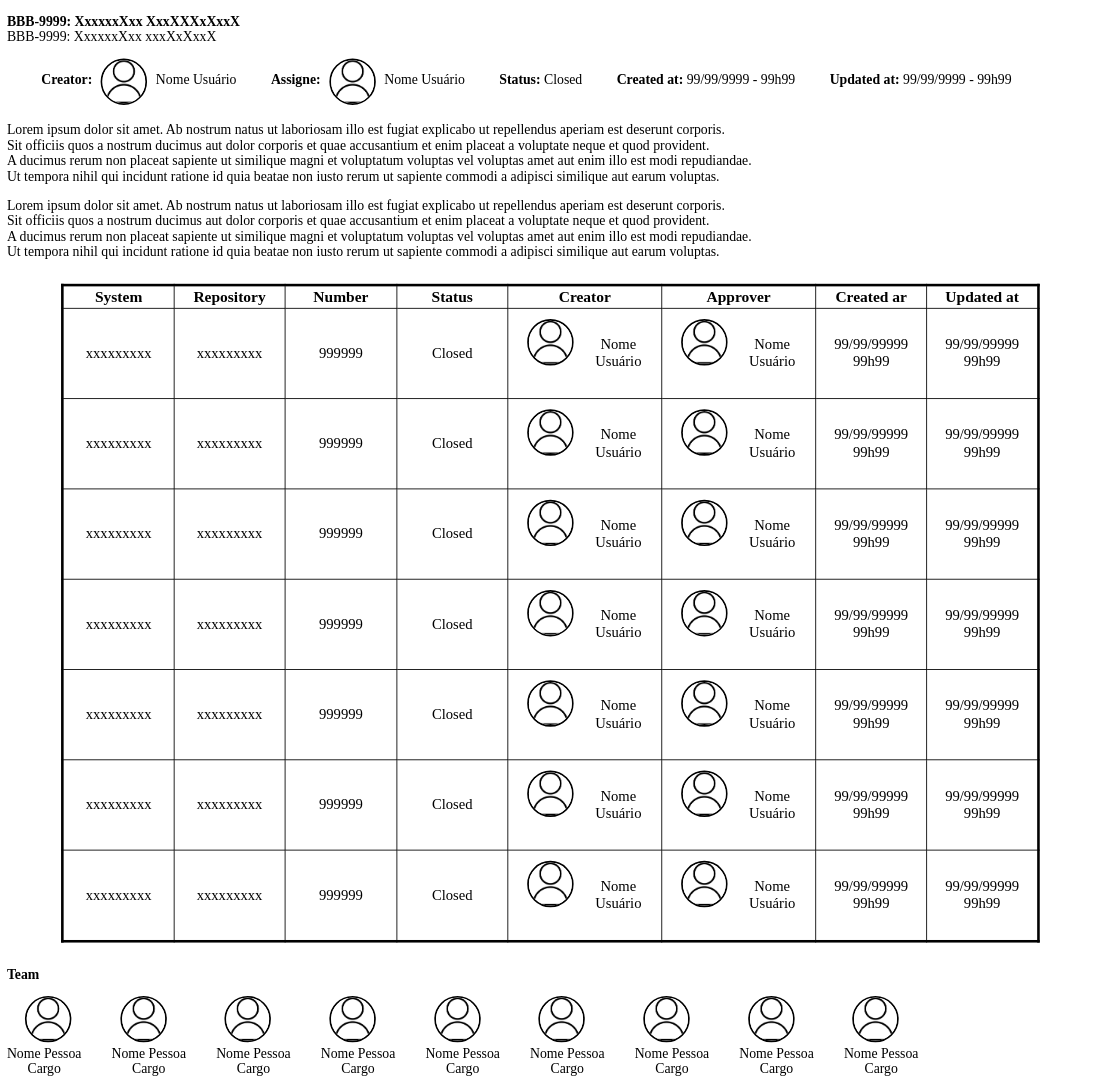
Repository: AnaBerlanda/PaginaFer
Page: index.html
An editor plug-in stored every save of this project. The page is shown before and after the next save, followed by the edit.
The browser window is 1280 px wide. The pictures show the whole page, at 86% of full size.

Above is the page before, as saved 2022-05-23 22:08:26.

### index.html
<!DOCTYPE html>
<html lang="en">
<head>
    <meta charset="UTF-8">
    <meta http-equiv="X-UA-Compatible" content="IE=edge">
    <meta name="viewport" content="width=device-width, initial-scale=1.0">
    <link type="text/css" rel="stylesheet" href="index.css">
    <title>Release</title>
</head>
<body>
    <p>
        <strong>BBB-9999: XxxxxxXxx XxxXXXxXxxX</strong><br>
        BBB-9999: XxxxxxXxx xxxXxXxxX
    </p>
    <div class="container">
        <div class="textos">
        <p class="sub-titulos"><strong>Creator:</strong></p>
        </div>
        <div class="imagem">
            <img src="imagem/Icone-usuario-Png-1024x1024.png">
        </div>
        <div class="nome-usuario">
            <p>Nome Usuário</p>
        </div>
        <div class="textos">
            <p class="sub-titulos"><strong>Assigne:</strong></p>
        </div>
            <div class="imagem">
                <img src="imagem/Icone-usuario-Png-1024x1024.png">
            </div>
            <div class="nome-usuario">
                <p>Nome Usuário</p>
            </div>
        <div class="textos">
            <p class="sub-titulos"><strong>Status:</strong> Closed</p>
        </div>
        <div class="textos">
            <p class="sub-titulos"><strong>Created at:</strong> 99/99/9999 - 99h99</p>
        </div>
        <div class="textos">
            <p class="sub-titulos"><strong>Updated at:</strong> 99/99/9999 - 99h99</p>
        </div>
    </div>
    <p>
        Lorem ipsum dolor sit amet. Ab nostrum natus ut laboriosam illo est fugiat explicabo ut repellendus aperiam est deserunt corporis.<br> Sit officiis quos a nostrum ducimus aut dolor corporis et quae accusantium et enim placeat a voluptate neque et quod provident.<br> A ducimus rerum non placeat sapiente ut similique magni et voluptatum voluptas vel voluptas amet aut enim illo est modi repudiandae.<br> Ut tempora nihil qui incidunt ratione id quia beatae non iusto rerum ut sapiente commodi a adipisci similique aut earum voluptas.
    </p>
    <p>
        Lorem ipsum dolor sit amet. Ab nostrum natus ut laboriosam illo est fugiat explicabo ut repellendus aperiam est deserunt corporis.<br> Sit officiis quos a nostrum ducimus aut dolor corporis et quae accusantium et enim placeat a voluptate neque et quod provident.<br> A ducimus rerum non placeat sapiente ut similique magni et voluptatum voluptas vel voluptas amet aut enim illo est modi repudiandae.<br> Ut tempora nihil qui incidunt ratione id quia beatae non iusto rerum ut sapiente commodi a adipisci similique aut earum voluptas.
    </p>
    <table class="tabela">
        <tr>
            <th>System</th>
            <th>Repository</th>
            <th>Number</th>
            <th>Status</th>
            <th>Creator</th>
            <th>Approver</th>
            <th>Created ar</th>
            <th>Updated at</th>
        </tr>
        <tr>
            <td>xxxxxxxxx</td>
            <td>xxxxxxxxx</td>
            <td>999999</td>
            <td>Closed</td>
            <td>
                <div class="tabela-imagem">
                    <div class="imagem">
                    <img src="imagem/Icone-usuario-Png-1024x1024.png">
                    </div>
                <div class="textos">
                    <p class="nome">Nome Usuário</p>
                </div>
                </div>
            </td>
            <td>
                <div class="tabela-imagem">
                    <div class="imagem">
                    <img src="imagem/Icone-usuario-Png-1024x1024.png">
                    </div>
                <div class="textos">
                    <p class="nome">Nome Usuário</p>
                </div>
                </div>
            </td>
            <td>99/99/99999 99h99</td>
            <td>99/99/99999 99h99</td>
        </tr>
        <tr>
            <td>xxxxxxxxx</td>
            <td>xxxxxxxxx</td>
            <td>999999</td>
            <td>Closed</td>
            <td>
                <div class="tabela-imagem">
                    <div class="imagem">
                    <img src="imagem/Icone-usuario-Png-1024x1024.png">
                    </div>
                <div class="textos">
                    <p class="nome">Nome Usuário</p>
                </div>
                </div>
            </td>
            <td>
                <div class="tabela-imagem">
                    <div class="imagem">
                    <img src="imagem/Icone-usuario-Png-1024x1024.png">
                    </div>
                <div class="textos">
                    <p class="nome">Nome Usuário</p>
                </div>
                </div>
            </td>
            <td>99/99/99999 99h99</td>
            <td>99/99/99999 99h99</td>
        </tr>
        <tr>
            <td>xxxxxxxxx</td>
            <td>xxxxxxxxx</td>
            <td>999999</td>
            <td>Closed</td>
            <td>
                <div class="tabela-imagem">
                    <div class="imagem">
                    <img src="imagem/Icone-usuario-Png-1024x1024.png">
                    </div>
                <div class="textos">
                    <p class="nome">Nome Usuário</p>
                </div>
                </div>
            </td>
            <td>
                <div class="tabela-imagem">
                    <div class="imagem">
                    <img src="imagem/Icone-usuario-Png-1024x1024.png">
                    </div>
                <div class="textos">
                    <p class="nome">Nome Usuário</p>
                </div>
                </div>
            </td>
            <td>99/99/99999 99h99</td>
            <td>99/99/99999 99h99</td>
        </tr>
        <tr>
            <td>xxxxxxxxx</td>
            <td>xxxxxxxxx</td>
            <td>999999</td>
            <td>Closed</td>
            <td>
                <div class="tabela-imagem">
                    <div class="imagem">
                    <img src="imagem/Icone-usuario-Png-1024x1024.png">
                    </div>
                <div class="textos">
                    <p class="nome">Nome Usuário</p>
                </div>
                </div>
            </td>
            <td>
                <div class="tabela-imagem">
                    <div class="imagem">
                    <img src="imagem/Icone-usuario-Png-1024x1024.png">
                    </div>
                <div class="textos">
                    <p class="nome">Nome Usuário</p>
                </div>
                </div>
            </td>
            <td>99/99/99999 99h99</td>
            <td>99/99/99999 99h99</td>
        </tr>
        <tr>
            <td>xxxxxxxxx</td>
            <td>xxxxxxxxx</td>
            <td>999999</td>
            <td>Closed</td>
            <td>
                <div class="tabela-imagem">
                    <div class="imagem">
                    <img src="imagem/Icone-usuario-Png-1024x1024.png">
                    </div>
                <div class="textos">
                    <p class="nome">Nome Usuário</p>
                </div>
                </div>
            </td>
            <td>
                <div class="tabela-imagem">
                    <div class="imagem">
                    <img src="imagem/Icone-usuario-Png-1024x1024.png">
                    </div>
                <div class="textos">
                    <p class="nome">Nome Usuário</p>
                </div>
                </div>
            </td>
            <td>99/99/99999 99h99</td>
            <td>99/99/99999 99h99</td>
        </tr>
        <tr>
            <td>xxxxxxxxx</td>
            <td>xxxxxxxxx</td>
            <td>999999</td>
            <td>Closed</td>
            <td>
                <div class="tabela-imagem">
                    <div class="imagem">
                    <img src="imagem/Icone-usuario-Png-1024x1024.png">
                    </div>
                <div class="textos">
                    <p class="nome">Nome Usuário</p>
                </div>
                </div>
            </td>
            <td>
                <div class="tabela-imagem">
                    <div class="imagem">
                    <img src="imagem/Icone-usuario-Png-1024x1024.png">
                    </div>
                <div class="textos">
                    <p class="nome">Nome Usuário</p>
                </div>
                </div>
            </td>
            <td>99/99/99999 99h99</td>
            <td>99/99/99999 99h99</td>
        </tr>
        <tr>
            <td>xxxxxxxxx</td>
            <td>xxxxxxxxx</td>
            <td>999999</td>
            <td>Closed</td>
            <td>
                <div class="tabela-imagem">
                    <div class="imagem">
                    <img src="imagem/Icone-usuario-Png-1024x1024.png">
                    </div>
                <div class="textos">
                    <p class="nome">Nome Usuário</p>
                </div>
                </div>
            </td>
            <td>
                <div class="tabela-imagem">
                    <div class="imagem">
                    <img src="imagem/Icone-usuario-Png-1024x1024.png">
                    </div>
                <div class="textos">
                    <p class="nome">Nome Usuário</p>
                </div>
                </div>
            </td>
            <td>99/99/99999 99h99</td>
            <td>99/99/99999 99h99</td>
        </tr>
    </table>
    <p><strong>Team</strong></p>
    <div class="imagens-time">
        <div class="imagem">
            <div class="batata">
                <img src="imagem/Icone-usuario-Png-1024x1024.png">
            </div>
            <p class="nome">Nome Pessoa</p>
            <p class="cargo">Cargo</p>
        </div>
        <div class="imagem">
            <img src="imagem/Icone-usuario-Png-1024x1024.png">
            <p class="nome">Nome Pessoa</p>
            <p class="cargo">Cargo</p>
        </div>
        <div class="imagem">
            <img src="imagem/Icone-usuario-Png-1024x1024.png">
            <p class="nome">Nome Pessoa</p>
            <p class="cargo">Cargo</p>
        </div>
        <div class="imagem">
            <img src="imagem/Icone-usuario-Png-1024x1024.png">
            <p class="nome">Nome Pessoa</p>
            <p class="cargo">Cargo</p>
        </div>
        <div class="imagem">
            <img src="imagem/Icone-usuario-Png-1024x1024.png">
            <p class="nome">Nome Pessoa</p>
            <p class="cargo">Cargo</p>
        </div>
        <div class="imagem">
            <img src="imagem/Icone-usuario-Png-1024x1024.png">
            <p class="nome">Nome Pessoa</p>
            <p class="cargo">Cargo</p>
        </div>
        <div class="imagem">
            <img src="imagem/Icone-usuario-Png-1024x1024.png">
            <p class="nome">Nome Pessoa</p>
            <p class="cargo">Cargo</p>
        </div>
        <div class="imagem">
            <img src="imagem/Icone-usuario-Png-1024x1024.png">
            <p class="nome">Nome Pessoa</p>
            <p class="cargo">Cargo</p>
        </div>
        <div class="imagem">
            <img src="imagem/Icone-usuario-Png-1024x1024.png">
            <p class="nome">Nome Pessoa</p>
            <p class="cargo">Cargo</p>
        </div>

    </div>
    <div class="textos-time">


    </div>

    </div>















</body>
</html>

### index.css
.container{
    display: flex;

}
.imagem img{
    width: 50px;
    height: 50px;
    border-radius: 50%;
    border: 2px solid black;
    margin-left: 10px;
}
.textos{
    margin-left: 40px;
}
.nome-usuario{
    margin-left: 10px;
}
.main-container{
    display: flex;
    justify-content: space-around;
    gap: 10px;
}
table {
    border-collapse: collapse;
    border: 3px solid black;
    width: 90%;
    margin: 28px auto;
    border-radius: 2%;
}
table th{
    border: 1px solid black;
    color:black;
    font-size: 18px;
    padding: 2px;

}
table td {
    text-align: center;
    border: 1px solid black;
    color: black;
    font-size: 17px;
    width: 10%;
    padding: 5px;
}
.tabela-imagem{
    display:flex
}
.tabela-imagem .textos{
    margin: 10px;
}
.tabela-imagem .imagem{
    margin: 7px;
    text-align: center;
}
.imagens-time{
    display: flex;
    gap: 35px;
}
.imagens-time .imagem p{
    margin: 0;
    padding: 0;
    text-align: center;
}
.imagem .batata{
    width: 100%;
    text-align: center;
}

After the next save:
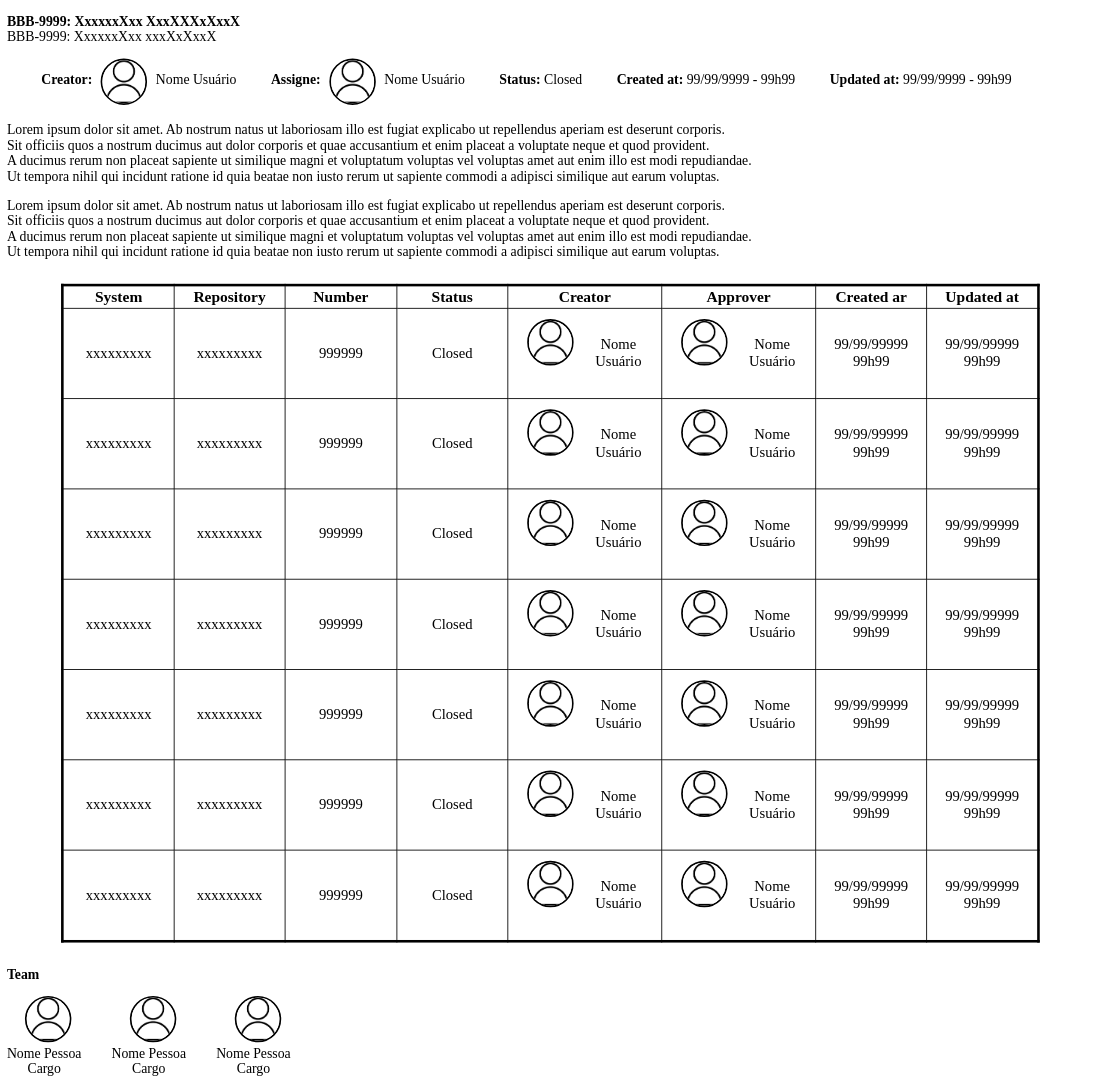
Saved 61 s later.
--- a/index.html
+++ b/index.html
@@ -265,50 +265,19 @@
             <p class="cargo">Cargo</p>
         </div>
         <div class="imagem">
-            <img src="imagem/Icone-usuario-Png-1024x1024.png">
+            <div class="batata">
+                <img src="imagem/Icone-usuario-Png-1024x1024.png">
+            </div>
             <p class="nome">Nome Pessoa</p>
             <p class="cargo">Cargo</p>
         </div>
         <div class="imagem">
-            <img src="imagem/Icone-usuario-Png-1024x1024.png">
+            <div class="batata">
+                <img src="imagem/Icone-usuario-Png-1024x1024.png">
+            </div>
             <p class="nome">Nome Pessoa</p>
             <p class="cargo">Cargo</p>
         </div>
-        <div class="imagem">
-            <img src="imagem/Icone-usuario-Png-1024x1024.png">
-            <p class="nome">Nome Pessoa</p>
-            <p class="cargo">Cargo</p>
-        </div>
-        <div class="imagem">
-            <img src="imagem/Icone-usuario-Png-1024x1024.png">
-            <p class="nome">Nome Pessoa</p>
-            <p class="cargo">Cargo</p>
-        </div>
-        <div class="imagem">
-            <img src="imagem/Icone-usuario-Png-1024x1024.png">
-            <p class="nome">Nome Pessoa</p>
-            <p class="cargo">Cargo</p>
-        </div>
-        <div class="imagem">
-            <img src="imagem/Icone-usuario-Png-1024x1024.png">
-            <p class="nome">Nome Pessoa</p>
-            <p class="cargo">Cargo</p>
-        </div>
-        <div class="imagem">
-            <img src="imagem/Icone-usuario-Png-1024x1024.png">
-            <p class="nome">Nome Pessoa</p>
-            <p class="cargo">Cargo</p>
-        </div>
-        <div class="imagem">
-            <img src="imagem/Icone-usuario-Png-1024x1024.png">
-            <p class="nome">Nome Pessoa</p>
-            <p class="cargo">Cargo</p>
-        </div>
-
-    </div>
-    <div class="textos-time">
-
-
     </div>
 
     </div>
